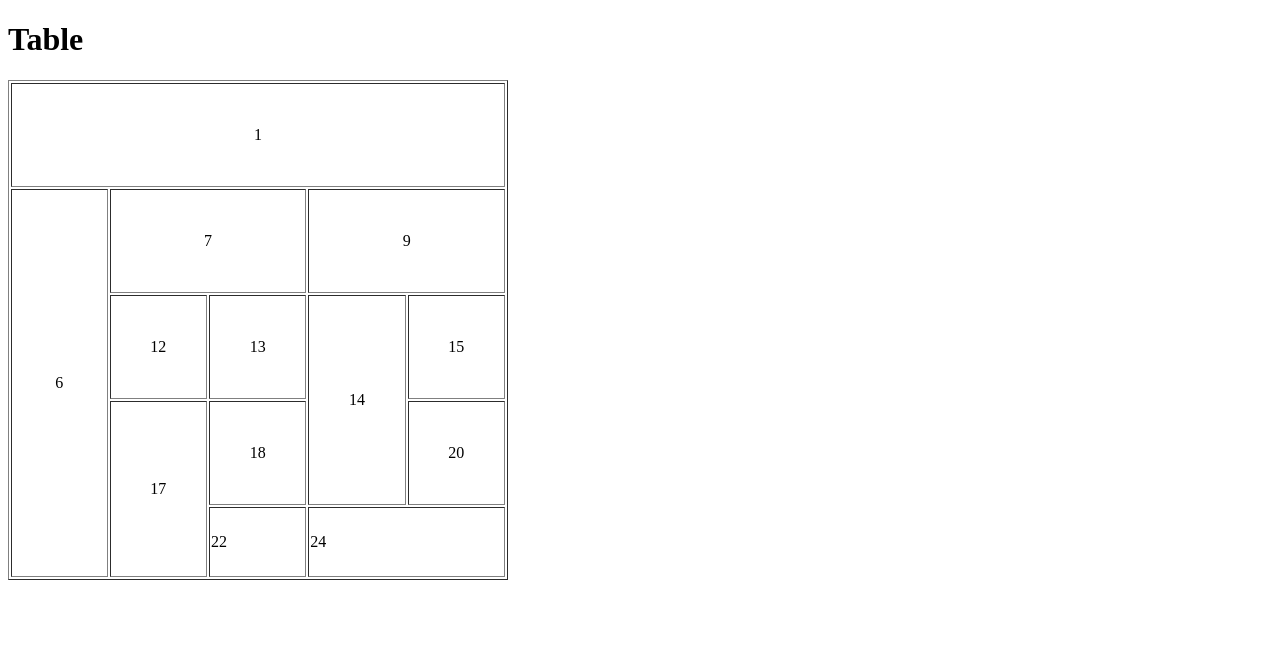
Repository: Hswwwww/WEB
Page: ClientTest/src/main/webapp/html/Q010.html
These files come from the project's save history. The page is drawn as it stood at one moment and after the next save; the edit follows.
The browser window is 1280 px wide. The pictures show the whole page.

Above is the page before, as saved 2024-03-13 08:05:35.

### ClientTest/src/main/webapp/html/Q010.html
<!DOCTYPE html>
<html>
<head>
<meta charset="UTF-8">
<title>Insert title here</title>
</head>
<body>
	<h1>Table</h1>

	<table border = "1" width = "500" height = "500">
	<tr>
		<td align="center" width="100" height="100" colspan = "5">1</td>

	</tr>
	<tr>
		<td align="center" width="100" height="100" rowspan = "4">6</td>
		<td align="center" width="100" height="100" colspan = "2">7</td>

		<td align="center" width="100" height="100" colspan = "2">9</td>

	</tr>
	<tr>

		<td align="center" width="100" height="100">12</td>
		<td align="center" width="100" height="100">13</td>
		<td align="center" width="100" height="100" rowspan = "2">14</td>
		<td align="center" width="100" height="100">15</td>
	</tr>
	<tr>

		<td align="center" width="100" height="100" rowspan = "2">17</td>
		<td align="center" width="100" height="100">18</td>

		<td align="center" width="100" height="100">20</td>
	</tr>
	<tr>

		<td>22</td>

		<td colspan = "2">24</td>

	</tr>



	</table>




</body>
</html>

After the next save:
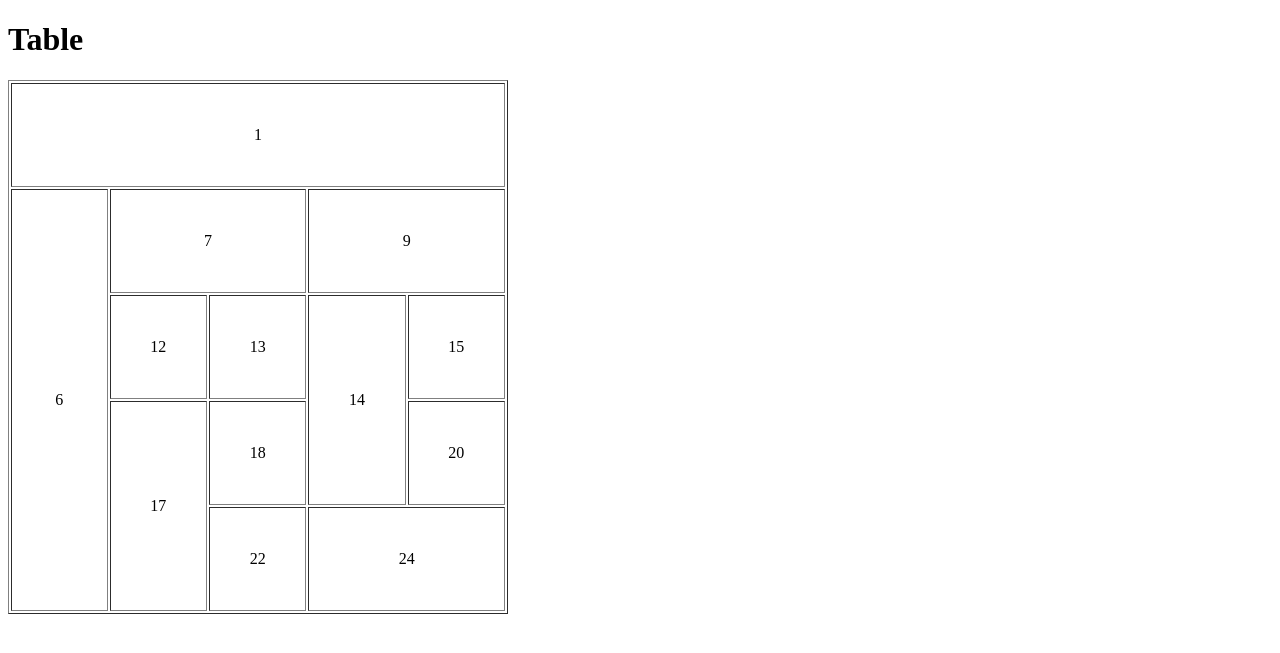
Saved 6 s later.
--- a/ClientTest/src/main/webapp/html/Q010.html
+++ b/ClientTest/src/main/webapp/html/Q010.html
@@ -35,9 +35,9 @@
 	</tr>
 	<tr>
 
-		<td>22</td>
+		<td align="center" width="100" height="100">22</td>
 
-		<td colspan = "2">24</td>
+		<td align="center" width="100" height="100" colspan = "2">24</td>
 
 	</tr>
 
